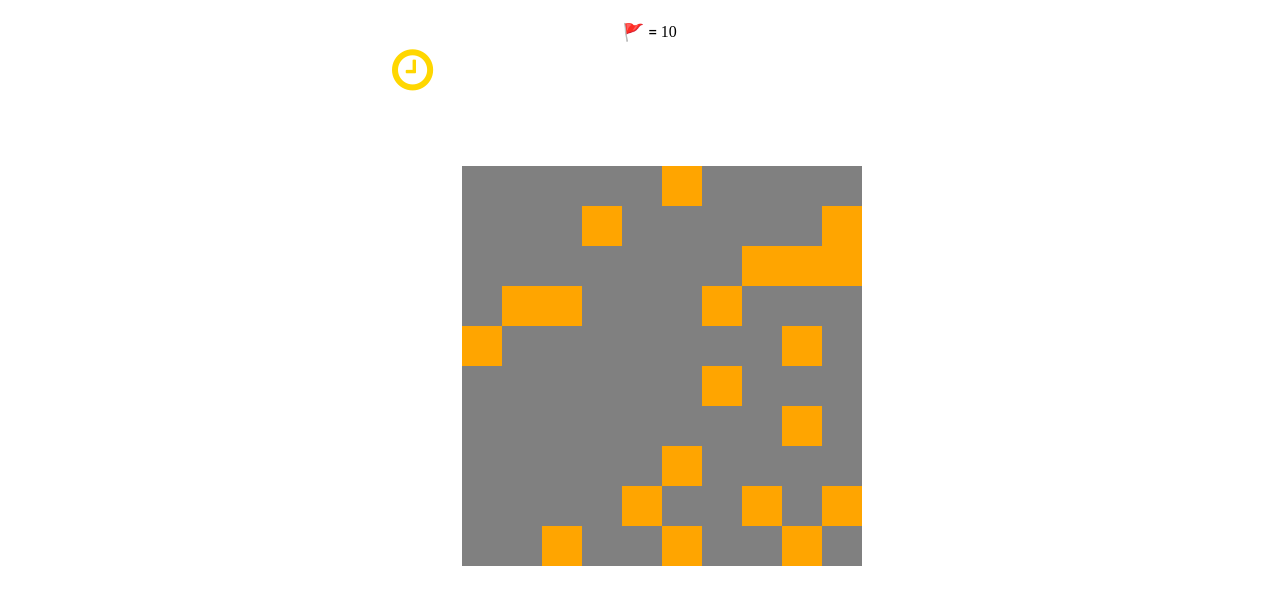
Repository: issaRan/MineSweeper
Page: html/index.html
An editor plug-in stored every save of this project. The page is shown before and after the next save, followed by the edit.
The browser window is 1280 px wide. The pictures show the whole page.

Above is the page before, as saved 2020-10-23 16:29:12.

### html/index.html
<!DOCTYPE html>
<html lang="en">
<head>
    <meta charset="UTF-8">
    <meta name="viewport" content="width=device-width, initial-scale=1.0">
    <title>MineSweeper</title>
    <link rel="stylesheet" href="../css/styles.css">
    <link rel="stylesheet" href="https://cdnjs.cloudflare.com/ajax/libs/font-awesome/4.7.0/css/font-awesome.min.css">
    <script src="../js/index.js" charset="utf-8"></script>
</head>
<body>
  <div class="flags">🚩 = </div><div class="numOfFlag">10</div>
  <div class="grid"></div>
  <i class="fa fa-clock-o" ></i>
</body>
</html>

### css/styles.css
.grid {
    height: 400px;
    width: 400px;
    display: flex;
    flex-wrap: wrap;
    background-color: grey;
    position: absolute;
    top: 30%;
    left: 40%;
    margin-top: -50px;
    margin-left: -50px;
    border:1px solid 1px
}
h1{
    position: absolute;
    text-align: center;
}
.fa.fa-clock-o{
    position: absolute;
    font-size:48px;
    margin-left: 30%;
    color:rgb(255,215,0)
}
.grid div {
    border: 5px;
    border-color: #f5f3eb;
    box-sizing: border-box;
    height: 40px;
    width: 40px;
}
.numOfFlag{
    position: absolute;
    margin-left: 51%;
    margin-top: -23px;
}
.flags {
    margin-top: 20px;
    background-color: #ffffff;
    color: #000000;
    font-family: "Roboto", sans-serif;
    font-size: 17px;
    text-align: center;
    line-height: 1.5em;
}
.bomb {
    background-color: orange;
}
.checked{
    background-color: red;
}

### js/index.js
document.addEventListener('DOMContentLoaded',()=>{
    const grid = document.querySelector('.grid')
    let width = 10
    let flag = 10
    let squares = []
    let isGameOver = false
    let bombAamount = 20
    function createBoard(){
        const bombArray = Array(bombAamount).fill('bomb')
        const emptyArray = Array(width*width - bombAamount).fill('valid')
        const gameArray = emptyArray.concat(bombArray)
        const shuffledArray = gameArray.sort(()=> Math.random() -0.5)
        for(let i = 0; i < width*width;i++){
            const sqaure = document.createElement('div')
            sqaure.setAttribute('id',i)
            sqaure.classList.add(shuffledArray[i])
            grid.appendChild(sqaure)
            squares.push(sqaure)
            sqaure.addEventListener('click',(e)=>{
                click(sqaure)
            })
            sqaure.oncontextmenu = function(e){
                e.preventDefault()
                addFlag(sqaure)
            }
        }
        for (let i = 0; i < squares.length; i++) {
            let total = 0
            const isLeftEdge = (i % width === 0)
            const isRightEdge = (i % width === width -1)

            if (squares[i].classList.contains('valid')) {
              if (i > 0 && !isLeftEdge && squares[i -1].classList.contains('bomb')) total ++
              if (i > 9 && !isRightEdge && squares[i + 1 -width].classList.contains('bomb')) total ++
              if (i > 10 && squares[i -width].classList.contains('bomb')) total ++
              if (i > 11 && !isLeftEdge && squares[i -1 -width].classList.contains('bomb')) total ++
              if (i < 98 && !isRightEdge && squares[i +1].classList.contains('bomb')) total ++
              if (i < 90 && !isLeftEdge && squares[i -1 +width].classList.contains('bomb')) total ++
              if (i < 88 && !isRightEdge && squares[i +1 +width].classList.contains('bomb')) total ++
              if (i < 89 && squares[i +width].classList.contains('bomb')) total ++
              squares[i].setAttribute('data', total)
            }
        }
    }
    createBoard()
    function click(square){
        let currentId = square.id
        if(isGameOver) return
        if(square.classList.contains('checked') || square.classList.contains('flag')){
            return
        }
        if(square.classList.contains('bomb')){
            gameOver(square)
        }else{
            let total = square.getAttribute('data')
            if(total != 0){
                square.classList.add('checked')
                square.innerHTML = total
                return
            }
            checkSquare(square,currentId)
        }
        square.classList.add('checked')

    }
    function checkSquare(square,currentId){
        const isLeftEdge = (currentId % width === 0)
        const isRightEdge = (currentId % width === width -1)
        setTimeout(()=>{
            if (currentId > 0 && !isLeftEdge) {
                const newId = squares[parseInt(currentId) -1].id
                //const newId = parseInt(currentId) - 1   ....refactor
                const newSquare = document.getElementById(newId)
                click(newSquare)
              }
              if (currentId > 9 && !isRightEdge) {
                const newId = squares[parseInt(currentId) +1 -width].id
                //const newId = parseInt(currentId) +1 -width   ....refactor
                const newSquare = document.getElementById(newId)
                click(newSquare)
              }
              if (currentId > 10) {
                const newId = squares[parseInt(currentId -width)].id
                const newSquare = document.getElementById(newId)
                click(newSquare)
              }
              if (currentId > 11 && !isLeftEdge) {
                const newId = squares[parseInt(currentId) -1 -width].id

                const newSquare = document.getElementById(newId)
                click(newSquare)
              }
              if (currentId < 98 && !isRightEdge) {
                const newId = squares[parseInt(currentId) +1].id
                const newSquare = document.getElementById(newId)
                click(newSquare)
              }
              if (currentId < 90 && !isLeftEdge) {
                const newId = squares[parseInt(currentId) -1 +width].id
                const newSquare = document.getElementById(newId)
                click(newSquare)
              }
              if (currentId < 88 && !isRightEdge) {
                const newId = squares[parseInt(currentId) +1 +width].id
                const newSquare = document.getElementById(newId)
                click(newSquare)
              }
              if (currentId < 89) {
                const newId = squares[parseInt(currentId) +width].id
                const newSquare = document.getElementById(newId)
                click(newSquare)
              }
        },10)
    }
    function gameOver(square){
        console.log("Boom !")
        isGameOver = true
        squares.forEach(square=> {
            if(square.classList.contains('bomb')){
                square.innerHTML = '💣'
            }
        })
    }
    function addFlag(square){
        if(isGameOver) return
        if(!square.classList.contains('checked') && (flag >= 0)) {
            var c = document.querySelector('.numOfFlag')
            if(!square.classList.contains('flag')){
                square.classList.add('flag')
                square.innerHTML = ' 🚩'
                checkForWin()
                flag--;
                c.textContent = flag
            }else{
                square.classList.remove('flag')
                square.innerHTML = ''
                flag++;
                c.textContent = flag
            }
        }
    }
    function checkForWin(){
        let matches = 0
        for(let i = 0; i < squares.length;i++){
            if(squares[i].classList.contains('flag') && squares[i].classList.contains('bomb')){
                matches++
            }
            if(matches == bombAamount){
                isGameOver = true
                console.log('You Win !')
            }
        }
    }
})

After the next save:
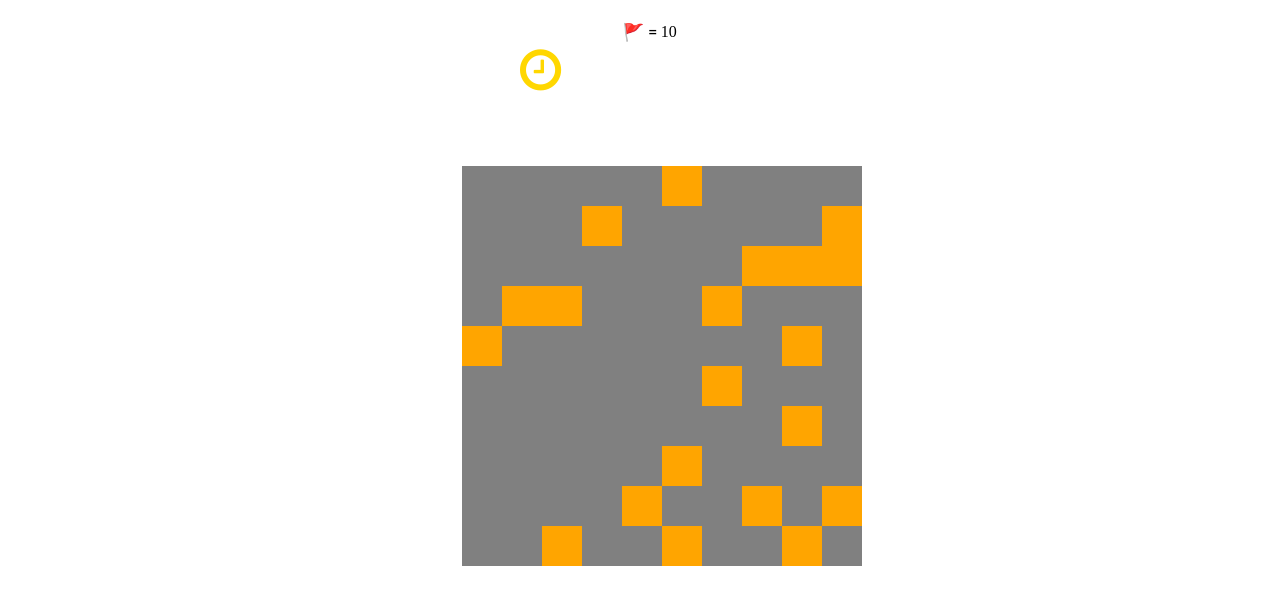
Saved 5 s later.
--- a/css/styles.css
+++ b/css/styles.css
@@ -18,7 +18,7 @@ h1{
 .fa.fa-clock-o{
     position: absolute;
     font-size:48px;
-    margin-left: 30%;
+    margin-left: 40%;
     color:rgb(255,215,0)
 }
 .grid div {
